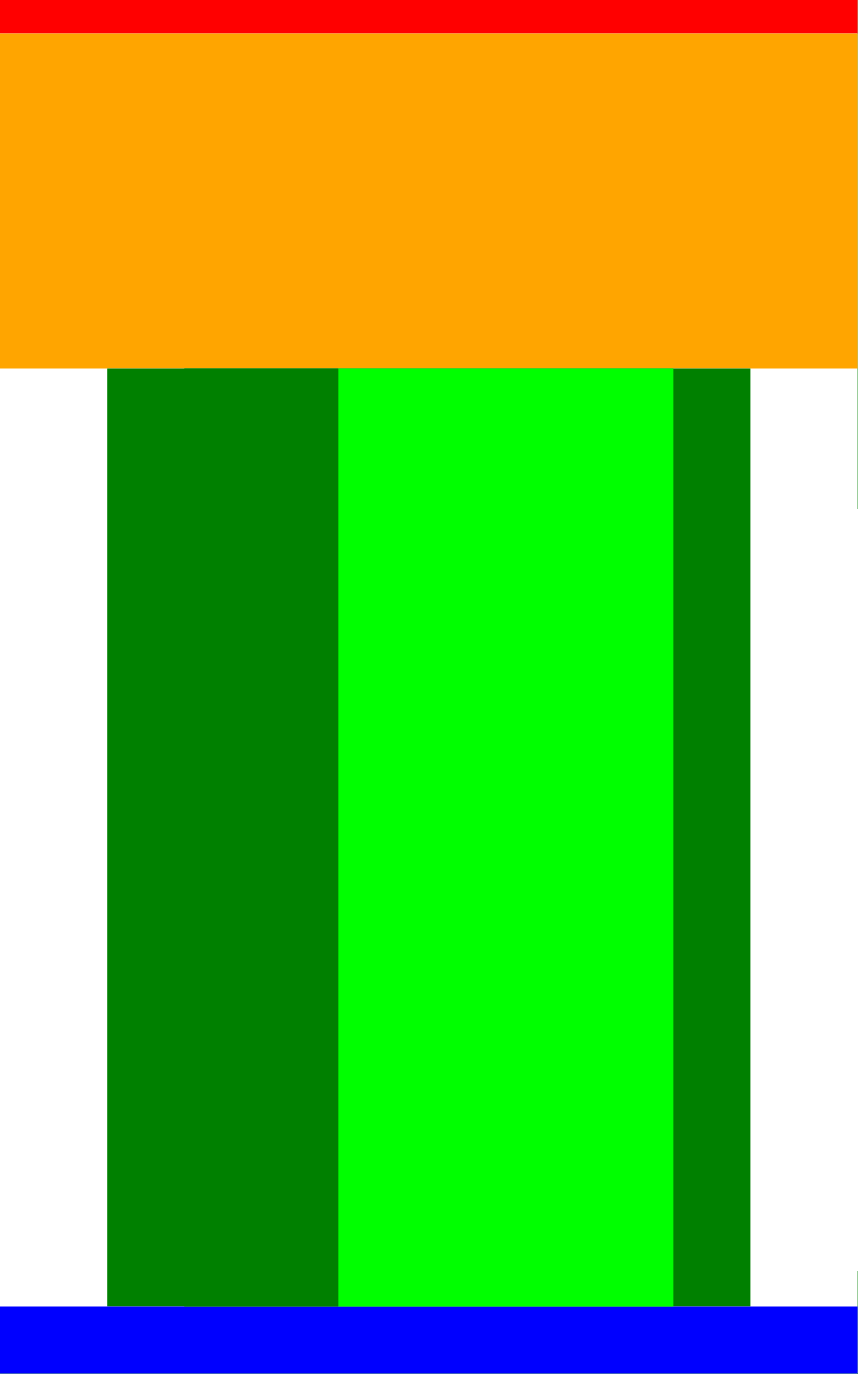
Repository: ryo32sun/Html-Practice
Page: practice/chapter4.html
The author's editor kept a record of every edit. The page is drawn from the files as they stood at one moment, then again after the next edit.
The browser window is 1280 px wide. The pictures show the whole page, at 67% of full size.

Above is the page before.

### practice/chapter4.html
<!DOCTYPE html>
<html lang="ja">
  <head>
    <meta charset="utf-8" />
    <!-- CSSファイルの読み込み -->
    <link rel="stylesheet" href="chapter4.css"/>
    <title>Chapter4</title>
  </head>

  <body>
    <!-- 赤いヘッダー -->
    <div class="header"></div>

    <!-- オレンジのメインビジュアル -->
    <div class="main-visual"></div>

    <!-- 薄緑のメイン -->
    <div class="main">
      <div class="line-left"></div>
      <div class="line"></div>
      <div class="line-right"></div>
    </div>

    <!-- 青いフッター -->
    <div class="footer"></div>

  </body>
</html>

### practice/chapter4.css
* {
  margin: 0;
  padding: 0;
  box-sizing: border-box;
}

.header {
  width: 100%;
  height: 50px;
  background-color: red;
}

.main-visual {
  width: 100%;
  height: 500px;
  background-color: orange;
}

.main {
  width: 960px;
  background-color: green;
  display: flex;
  justify-content: center;
  margin: 0 auto;
}

.line-left {
  width: 230px;
  height: 1400px;
  background-color: green;
}

.line {
  width: 500px;
  height: 1400px;
  background-color: lime;
}

.footer {
  width: 100%;
  height: 100px;
  background-color: blue;
}

After the next edit:
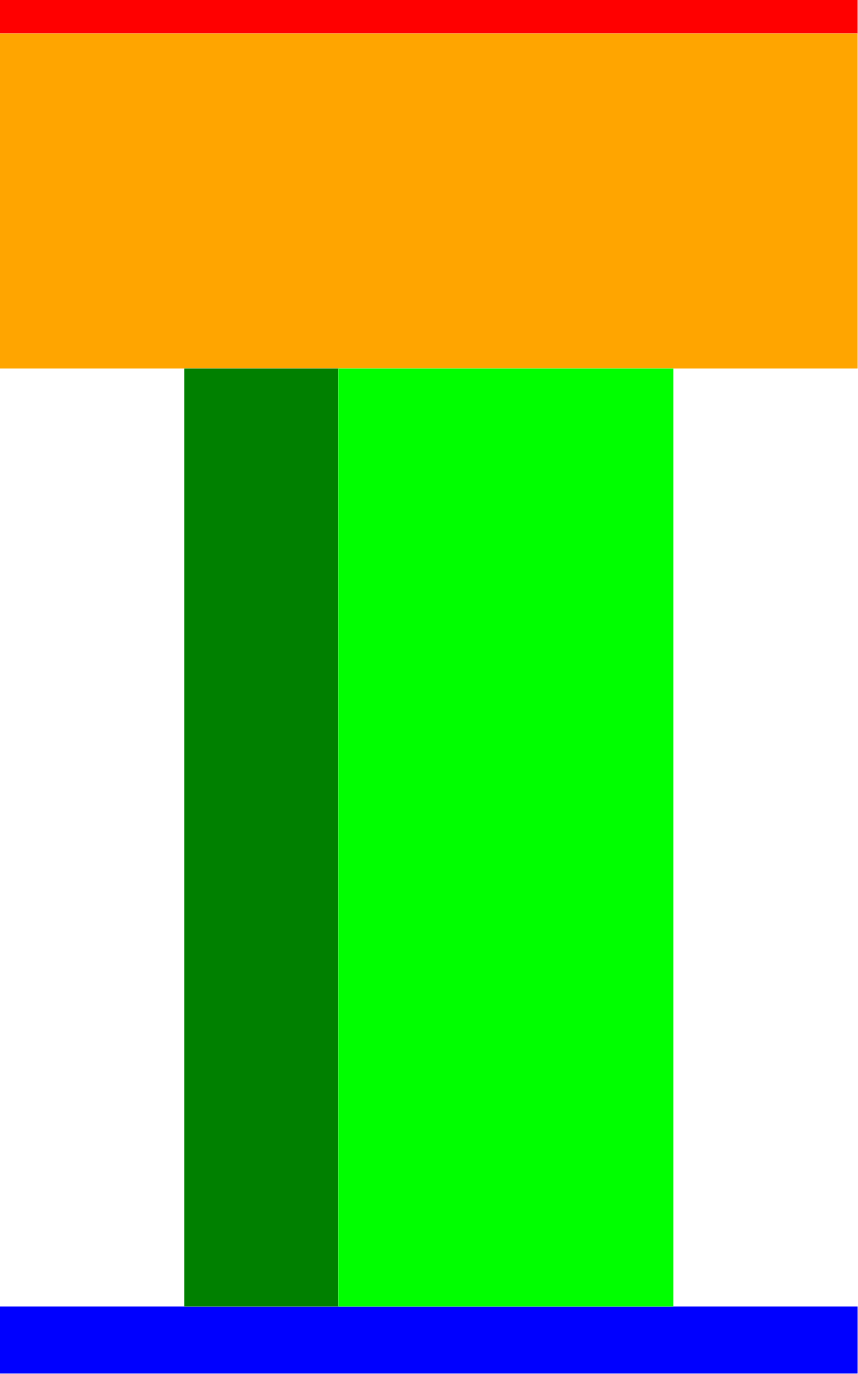
The edit:
--- a/practice/chapter4.css
+++ b/practice/chapter4.css
@@ -18,7 +18,6 @@
 
 .main {
   width: 960px;
-  background-color: green;
   display: flex;
   justify-content: center;
   margin: 0 auto;
